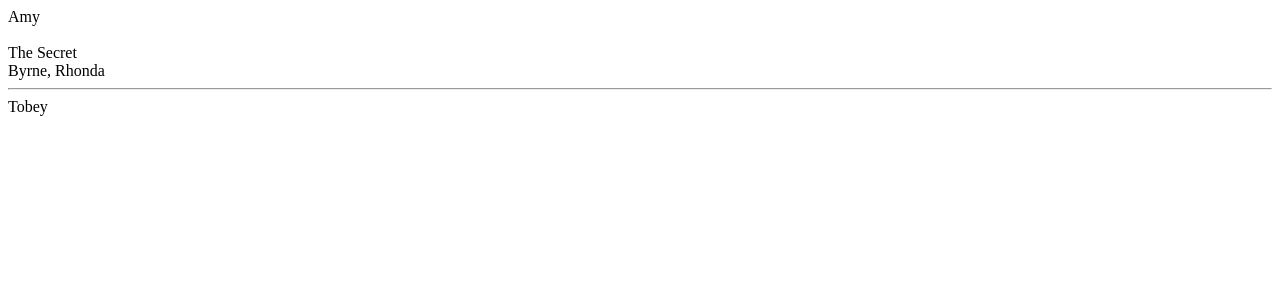
Repository: JungInBaek/Servlet-JSP
Page: http://localhost/edu/jstl_exam/exam01.jsp
These files come from the project's save history. The page is drawn as it stood at one moment and after the next save; the edit follows.
The browser window is 1280 px wide. The pictures show the whole page.
The page is served by Tomcat 9.

Above is the page before, as saved 2021-08-14 07:59:54.

After the next save:
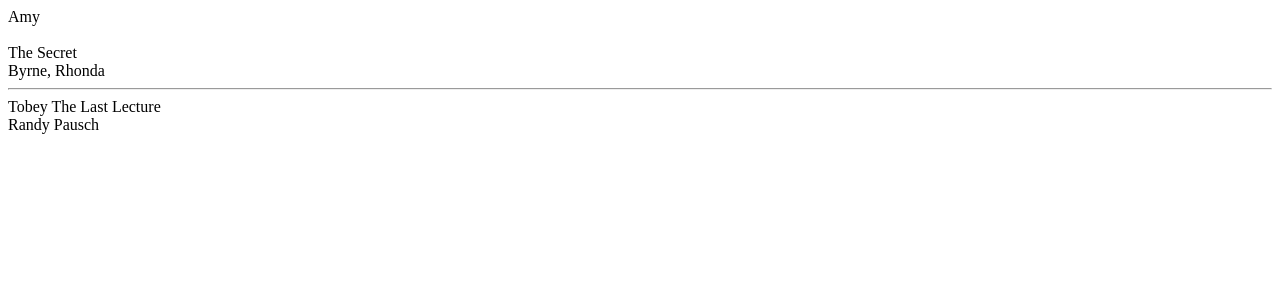
Saved 2 min 50 s later.
--- a/edu/src/main/webapp/jstl_exam/exam01.jsp
+++ b/edu/src/main/webapp/jstl_exam/exam01.jsp
@@ -30,4 +30,8 @@
 	request.setAttribute("bookTwo", book2);
 %>
 
-<c:set var="title">${bookTwo.getTitle()}</c:set>
+<c:set var="title">${bookTwo.title}</c:set>
+<c:out value="${title}" /><br/>
+
+<c:set var="author"> <%= book2.getAuthor() %> </c:set>
+<c:out value="${author}" /><br/>
